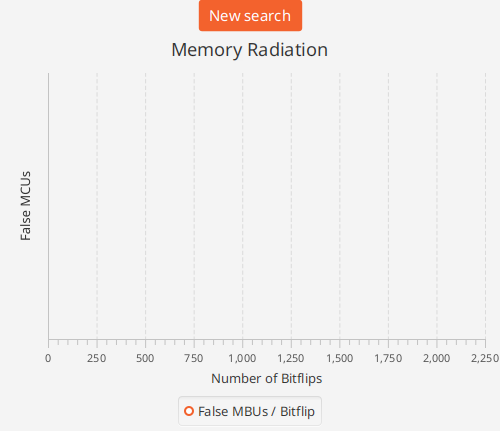
Repository: jalguacilgon/TFG-MemoryRadiation-JesusAlguacilGonzalez
Program's window: java TFG/MemoryRadiation/src/linechart/Memory.java
The author's editor kept a copy of each file at every save. The program's window is drawn from the files as they stood at one save, then again after the next save.
It runs on Java 21 on a 1366 x 768 screen with JavaFX 11; the title bar is not drawn.

Above is the program's window before, as saved 2021-09-07 19:08:23.

### TFG/MemoryRadiation/src/linechart/Memory.java
package linechart;

import java.io.IOException;

import form.MethodSelection;
import javafx.application.Application;
import javafx.stage.Stage;
import resources.SceneController;
import javafx.scene.Scene;
import javafx.scene.chart.LineChart;
import javafx.scene.chart.NumberAxis;
import javafx.scene.chart.XYChart;
import javafx.scene.control.Button;
import javafx.scene.layout.HBox;
import javafx.scene.layout.Priority;
import javafx.scene.layout.StackPane;
import javafx.scene.layout.VBox;
import javafx.scene.text.Font;


public class Memory extends Application {

	private int size;
	private int D;
	private MethodSelection method;

	private double [] errors;
	private int nBitflips = 2000;


	@Override
	public void start(Stage primaryStage) {
		init(primaryStage);
	}

	private void init(Stage primaryStage) {
		// TODO Auto-generated method stub
		NumberAxis xAxis = new NumberAxis();
		xAxis.setLabel("Number of Bitflips");

		NumberAxis yAxis = new NumberAxis();
		yAxis.setLabel("False MCUs");

		LineChart<Number, Number> lineChart = new LineChart<Number, Number>(xAxis, yAxis);
		lineChart.setTitle("Memory Radiation");

		XYChart.Series<Number, Number> data = new XYChart.Series<>();
		data.setName("False MBUs / Bitflip");

		if(this.method == MethodSelection.MD)
			this.calculateMD(data);
		else
			this.calculateIND(data);

		lineChart.getData().add(data);

        StackPane spLineChart = new StackPane();
        spLineChart.getChildren().add(lineChart);

        Button button = new Button("New search");
        button.setOnMouseClicked((event)->{
            SceneController sc = new SceneController();
            try {
				sc.switchToForm(event);
			} catch (IOException e) {
				e.printStackTrace();
			}
        });
        button.setStyle("-fx-text-fill: white;-fx-background-color: #f3622d;");
        Font font = new Font("Cantara", 15);
        button.setFont(font);
        StackPane spButton = new StackPane();
        spButton.getChildren().add(button);

        VBox vbox = new VBox();
        VBox.setVgrow(spLineChart, Priority.ALWAYS);
        vbox.getChildren().addAll(spButton, spLineChart);

        HBox.setHgrow(spLineChart, Priority.ALWAYS);
        VBox.setVgrow(spLineChart, Priority.ALWAYS);

        Scene scene = new Scene(vbox);

		primaryStage.setTitle("LineChart TFG");
		primaryStage.setScene(scene);
		primaryStage.show();


	}

	private void calculateMD(XYChart.Series<Number, Number> data) {
		this.errors = new double [this.nBitflips + 1];
		double Np, Nbf, Nfm2;
		for(int i = 0; i <= this.nBitflips; ++i) {
			Nbf = i;
			Np =  (Nbf * (Nbf - 1))/2;
			Nfm2 = Math.pow(this.size, -1) * Np * 2 * this.D * (this.D + 1);
			this.errors[i] = 1 - Math.pow(Math.E, -Nfm2);
			System.out.println(i + ": Nbf: " + Nbf + ", Np: " + Np + ", Nfm2: " + Nfm2);
			data.getData().add(new XYChart.Data<Number, Number>(i, this.errors[i]));
		}
	}

	private void calculateIND(XYChart.Series<Number, Number> data) {
		this.errors = new double [this.nBitflips + 1];
		double Np, Nbf, Nfm2;
		for(int i = 1; i <= this.nBitflips; ++i) {
			Nbf = i;
			Np =  (Nbf * (Nbf - 1))/2;
			Nfm2 = Math.pow(this.size, -1) * Np * 4 * this.D * (this.D + 1);
			this.errors[i] = 1 - Math.pow(Math.E, -Nfm2);
			System.out.println(i + ": Nbf: " + Nbf + ", Np: " + Np + ", Nfm2: " + Nfm2);
			data.getData().add(new XYChart.Data<Number, Number>(i, this.errors[i]));
		}
	}

	public void setSize(int size) {
		this.size = size;
	}

	public void setD(int d) {
		D = d;
	}

	public void setMethod(MethodSelection method) {
		this.method = method;
	}
}

### TFG/MemoryRadiation/src/form/MethodSelection.java
package form;

public enum MethodSelection {
	MD,
	IND
}

After the next save:
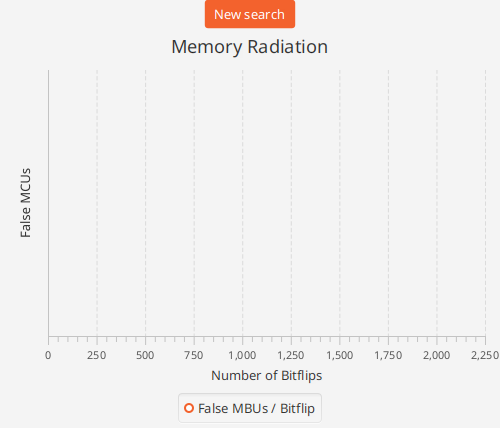
Saved 38 s later.
--- a/TFG/MemoryRadiation/src/linechart/Memory.java
+++ b/TFG/MemoryRadiation/src/linechart/Memory.java
@@ -67,7 +67,7 @@
 			}
         });
         button.setStyle("-fx-text-fill: white;-fx-background-color: #f3622d;");
-        Font font = new Font("Cantara", 15);
+        Font font = new Font("Cantara", 13);
         button.setFont(font);
         StackPane spButton = new StackPane();
         spButton.getChildren().add(button);

After the 3 saves that followed:
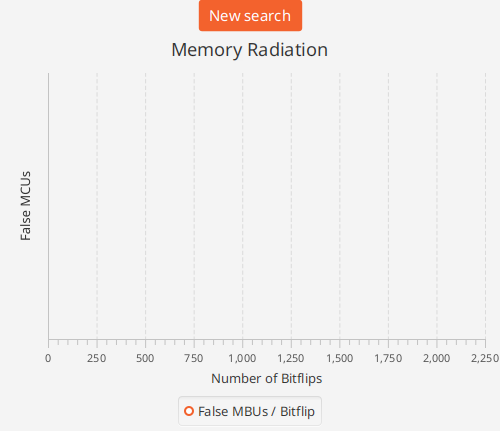
The 3 saves are shown as one change because 2 left the picture as it was.
The last was saved 2 min 57 s later.
--- a/TFG/MemoryRadiation/src/linechart/Memory.java
+++ b/TFG/MemoryRadiation/src/linechart/Memory.java
@@ -66,8 +66,8 @@
 				e.printStackTrace();
 			}
         });
-        button.setStyle("-fx-text-fill: white;-fx-background-color: #f3622d;");
-        Font font = new Font("Cantara", 13);
+        button.setStyle("-fx-text-fill: white;-fx-background-color: #f3622d;-fx-cursor: hand;");
+        Font font = new Font("Cantara", 15);
         button.setFont(font);
         StackPane spButton = new StackPane();
         spButton.getChildren().add(button);
